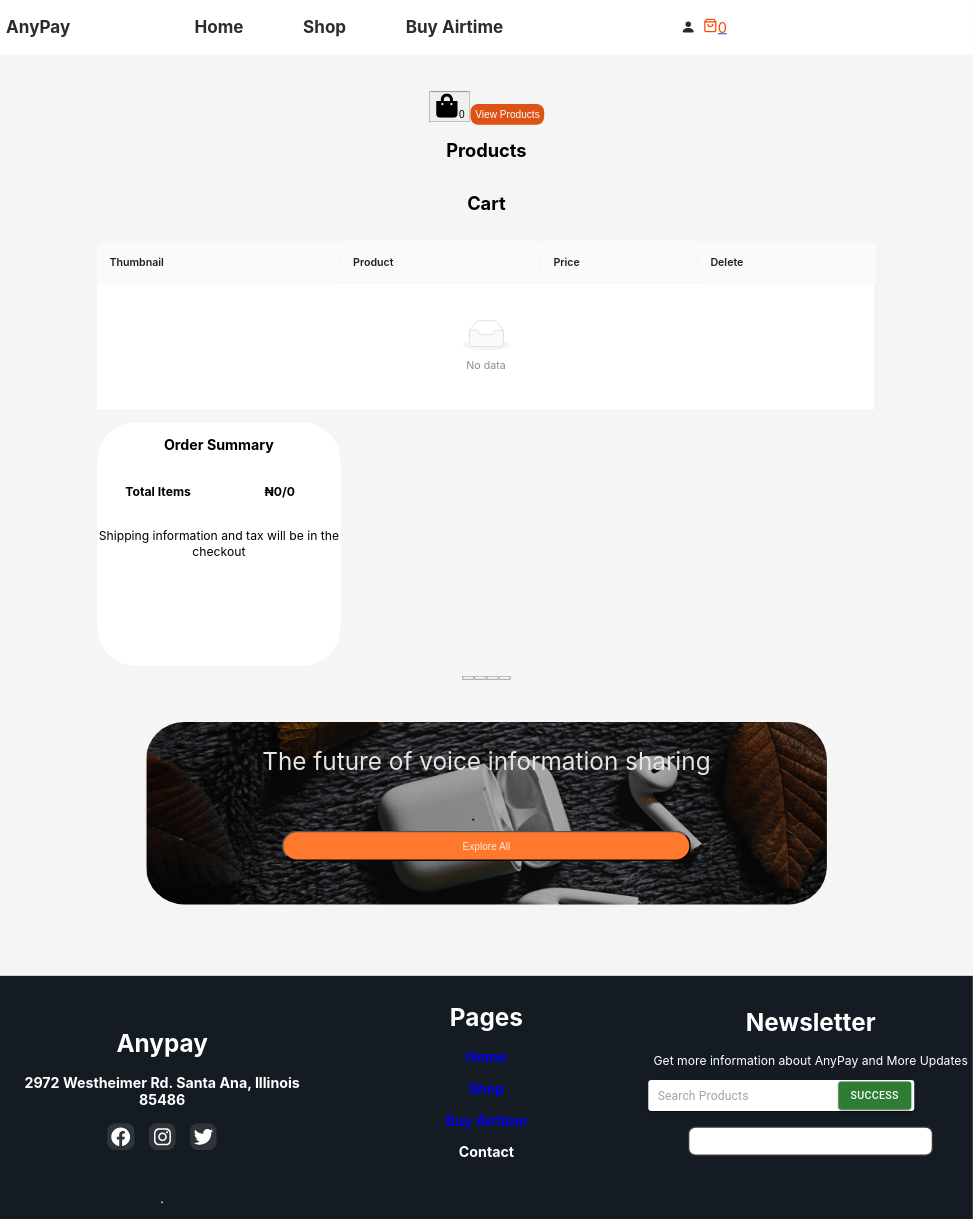
Repository: ValGrace/Ecommerce-project
Page: /prod (app in frontend/), after clicking the first element matching `button`
These files come from the project's save history. The page is drawn as it stood at one moment and after a run of saves; the edit follows.
The browser window is 1280 px wide. The pictures show the whole page, at 76% of full size.
The project was rebuilt for these pictures with package versions that can differ from the ones it lists, and the page was loaded fresh each time. Also part of the build but not shown: frontend/src/components/Login.js, frontend/src/components/signup.css, frontend/src/components/Signup.js, frontend/src/components/ChangePass.js, frontend/src/StoreComponents/recommended.js, frontend/src/StoreComponents/images/StorePages/virtualReal.js, frontend/src/StoreComponents/images/StorePages/speakers.js, frontend/src/StoreComponents/images/StorePages/laptops.js and 15 more.

Above is the page before, as saved 2023-07-12 15:44:47.

After the next 2 saves:
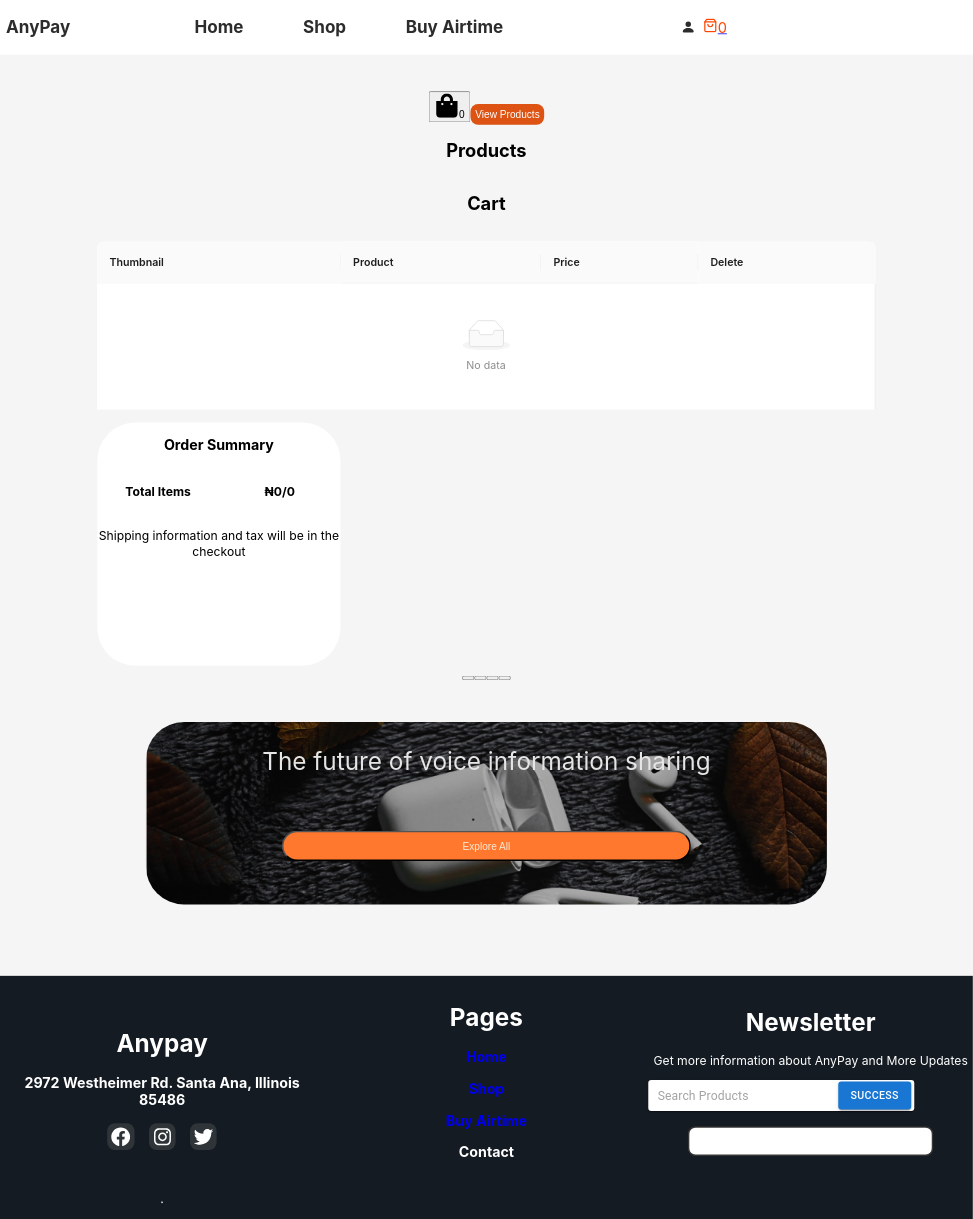
The 2 saves are shown as one change because 1 did not build or start.
The last was saved 80 s later.
--- a/frontend/src/components/footerNavbar.js
+++ b/frontend/src/components/footerNavbar.js
@@ -41,7 +41,7 @@
         inputProps={{ 'aria-label': 'search google maps' }}
 
       />
-      <Button variant="contained" color="success">
+      <Button variant="contained">
   Success
 </Button>
       {/* <IconButton type="button" sx={{ p: '10px' }}
